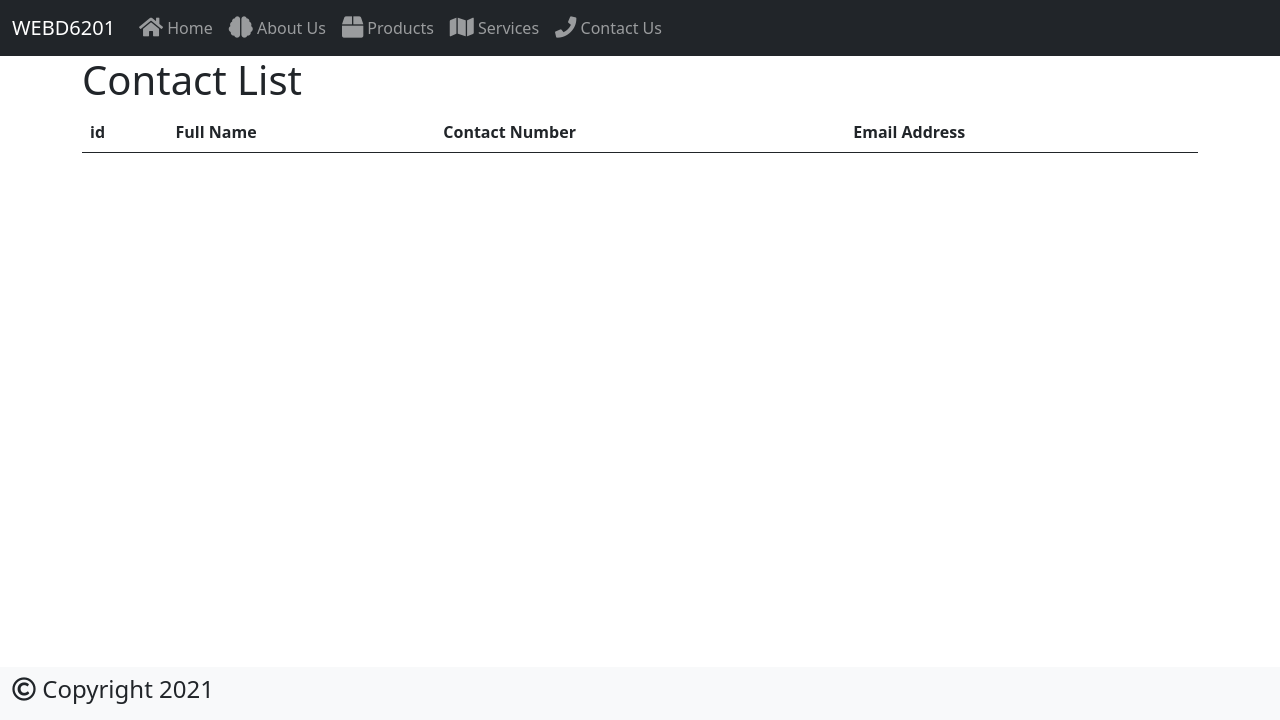
Repository: AshokSasi/WEBD6201-Week3
Page: contact-list.html
The author's editor kept a copy of each file at every save. The page is drawn from the files as they stood at one save, then again after the next save.
The browser window is 1280 px wide. The pictures show the whole page.

Above is the page before, as saved 2021-01-28 10:46:48.

### contact-list.html
<!DOCTYPE html>
<html lang="en">
<head>
    <meta charset="UTF-8">
    <meta name="viewport" content="width=device-width, initial-scale=1.0">
    <title>Contact-List</title>
    <!-- CSS Section-->
    <link rel="stylesheet" href="./Content/app.css">
    <link rel="stylesheet" href="./node_modules/bootstrap/dist/css/bootstrap.min.css">
    <link rel="stylesheet" href="./node_modules/@fortawesome/fontawesome-free/css/all.min.css">
</head>
<body>
  <!-- Main Header -->
    <header>
      <!--main navbar-->
        <nav class="navbar navbar-expand-lg navbar-dark bg-dark">
            <div class="container-fluid">
              <a class="navbar-brand" href="index.html">WEBD6201</a>
              <button class="navbar-toggler" type="button" data-bs-toggle="collapse" data-bs-target="#navbarSupportedContent" aria-controls="navbarSupportedContent" aria-expanded="false" aria-label="Toggle navigation">
                <span class="navbar-toggler-icon"></span>
              </button>
              <div class="collapse navbar-collapse" id="navbarSupportedContent">
                <ul class="navbar-nav me-auto mb-2 mb-lg-0">
                  <li class="nav-item">
                    <a class="nav-link" aria-current="page" href="index.html"><i class="fas fa-home fa-lg"></i> Home</a>
                  </li>
                  <li class="nav-item">
                    <a class="nav-link" aria-current="page" href="about.html"><i class="fas fa-brain fa-lg"></i> About Us</a>
                  </li>
                  <li class="nav-item">
                    <a class="nav-link" aria-current="page" href="products.html"><i class="fas fa-box fa-lg"></i> Products</a>
                  </li>
                  <li class="nav-item">
                    <a class="nav-link" aria-current="page" href="services.html"><i class="fas fa-map fa-lg"></i> Services</a>
                  </li>
                  <li class="nav-item">
                    <a class="nav-link" aria-current="page" href="contact.html"><i class="fas fa-phone fa-lg"></i> Contact Us</a>
                  </li>
                </ul>

              </div>
            </div>
          </nav>
    </header>

    <!-- Main Content-->
    <main class="container">
        <h1>Contact List</h1>

        <div class="row">
            <div class="col">
                <table class="table">
                    <thead>
                      <tr>
                        <th scope="col">id</th>
                        <th scope="col">Full Name</th>
                        <th scope="col">Contact Number</th>
                        <th scope="col">Email Address</th>
                      </tr>
                    </thead>
                    <tbody id=contactList>
                    </tbody>
                  </table>
            </div>
        </div>

    </main>

    <!--Main Footer Nav -->
    <footer>
        <nav class="navbar fixed-bottom navbar-light bg-light">
            <div class="container-fluid">
              <h4><i class="far fa-copyright"></i> Copyright 2021</h4>
            </div>
          </nav>
    </footer>

    <!--Javascript section-->
    <script src="./Scripts/contact.js"></script>
    <script src="./Scripts/app.js"></script>
    <script src="./node_modules/jquery/dist/jquery.min.js"></script>

    <script src="./node_modules/bootstrap/dist/js/bootstrap.bundle.min.js"></script>
</body>
</html>

### Scripts/contact.js
"use strict";
class Contact
{
    //getters and setters
    get FullName()
    {
      return this.m_fullName;
    }
    set FullName(value)
    {
      this.m_fullName = value;
    }
    //get/set contact number
    get ContactNumber()
    {
      return this.m_contactNumber;
    }
    set ContactNumber(value)
    {
      this.m_contactNumber = value;
    }
    //get/set email
    get EmailAddress()
    {
      return this.m_emailAddress;
    }
    set EmailAddress(value)
    {
      this.m_emailAddress = value;
    }

    //Constructor
    /**
     * Contact Class Constructor
     *
     * @param {string} [fullName=""] the user's full name
     * @param {string} [contactNumber=""] The user's contact number
     * @param {string} [emailAddress=""] The user's email address
     * @memberof Contact
     */
    constructor(fullName = "", contactNumber = "", emailAddress = "") {
      this.m_fullName = fullName;
      this.m_contactNumber = contactNumber;
      this.m_emailAddress = emailAddress;
    }

    //Methods

   /**
    *This method overrides the built in toString method for the Contact class
    *
    * @return {string}
    *
    */
   toString()
   {
     return `Full Name     : ${this.m_fullName} \nContact Number: ${this.m_contactNumber}\nEmail Address : ${this.m_emailAddress}`;
   }

   /**
    * This method returns a JSON object made up of the properties of the Contact class
    *
    * @returns {Object}
    */
   toJSON()
   {
     return {
       "fullName": this.fullName,
       "contactNumber": this.contactNumber,
       "emailAddress": this.emailAddress
     }
   }

   /**
    *This Method converts the Contact into a comma separated value string
    *
    * @return {string}
    *
    */
   serialize()
    {
      if(fullName.value!== "" && contactNumber.value !== "" && emailAddress.value !== "")
      {
      return `${this.m_fullName},${this.m_contactNumber},${this.m_emailAddress}`;
      }
      else
      {
        console.error("One or more properties of the Contact is empty");
        return null;
      }
    }

    /**
     *This method takes a comma separated data string and assigns the values to the Contact class properties
     *
     * @param {string} data
     * @returns {void}
     */
    deserialize(data)
    {
      let propertyArray = data.split(",");
      this.fullName = propertyArray[0];
      this.contactNumber = propertyArray[1];
      this.emailAddress = propertyArray[2];
    }

  }

### Scripts/app.js

//IIFE Immediately Function Expression
//AKA - Anonymous Self- Executing Function
//Closure - Limits scop leak

"use strict";

let myContact =
{
  "fullName":"Tom Smith",
  "contactNumber":"5647891234",
  "emailAddress":"tom@example.com",
  "saysHello": function()
  {
    console.log(`${fullName} says Hello!`);
  },
  "someOtherObject":
  {
    "friendsList" : [
      "Peter Parker", "Tony Stark", "Stephen Strange"
    ]
  }
};

(function()
{
    function displayHome()
    {
        let paragraphOneText =
          "This is a simple site to demonstrate DOM manipulation for ICE 1";

        let paragraphOneElement = document.getElementById("paragraphOne");

        paragraphOneElement.textContent = paragraphOneText;
        paragraphOneElement.className = "fs-5";

        // Step 1: document.createElement
        let newParagraph = document.createElement("p");
        // Step 2: Configure the element
        newParagraph.setAttribute("id", "paragraphTwo");
        newParagraph.textContent = "... And this is paragraph two";
        // Step 3: Select the parent element
        let mainContent = document.getElementsByTagName("main")[0];
        // Step4: Add/Insert the element
        mainContent.appendChild(newParagraph);

        newParagraph.className = "fs-6";

        //another way of injecting content
        let paragraphDiv = document.createElement("div");
        let paragraphThree = `<p id="paragraphThree" class="fs-7 fw-bold">And this is the third paragraph</p>`;
        paragraphDiv.innerHTML = paragraphThree;

        //example of inserting before a node.
        //  newParagraph.before(paragraphDiv)

        //example of inserting after a node.
        newParagraph.after(paragraphDiv);

        //delete elements
        //paragraphOneElement.remove();

        //example of remove child
        mainContent.removeChild(paragraphOneElement);

        //update / modification
        // mainContent.firstElementChild.textContent = "Welcome Home";

        mainContent.innerHTML = `<h1 id="firstHeading">Welcome to WEBD6201 - ICE 1</h1>
     <p id="paragraphOne" class="fs-3 fw-bold">This is my first paragraph</p>
     `;

    }

    function displayAbout()
    {

    }

    function displayProducts()
    {

    }

    function displayServices()
    {

    }

    function displayContact()
    {
        let messageArea = document.getElementById("messageArea");
        messageArea.hidden = true;

        //form validation
        let fullName = document.getElementById("fullName");
        fullName.addEventListener("blur", function(){

            if(fullName.value.length <= 2)
            {
                fullName.focus();
                fullName.select();
                messageArea.hidden = false;
                messageArea.className = "alert alert-danger";
                messageArea.textContent = "Full Name must be greater than 2 characters"
            }
            else
            {
                messageArea.removeAttribute("class");
                messageArea.hidden = true;
            }

        });

        let sendButton = document.getElementById("sendButton");
        sendButton.addEventListener("click", function(event){
           //event.preventDefault();



          let contact = new Contact(fullName.value, contactNumber.value, emailAddress.value);

          if(contact.serialize() !== null)
          {
            localStorage.setItem((localStorage.length + 1).toString(), contact.serialize());
          }


        });
    }

    function displayContactList()
    {

      if(localStorage.length > 0)
      {
        let contactList = document.getElementById("contactList");
        let data = "";

        for (let index = 0; index < localStorage.length; index++)
        {
          let contactData = localStorage.getItem((index+1).toString());


          let contact = new Contact();
          contact.deserialize(contactData);

          data += `<tr>
          <th scope="row">${index+1}</th>
          <td>${contact.fullName}</td>
          <td>${contact.contactNumber}</td>
          <td>${contact.emailAddress}</td>
        </tr>`
        }
        contactList.innerHTML = data

      }

    }

    function Start()
    {
        console.log("App started ...");
        console.log(document.title);
        switch (document.title)
        {
          case "Home":
              displayHome();
            break;
          case "About":
              displayAbout();
            break;
          case "Products":
              displayProducts();
            break;
          case "Services":
              displayServices();
            break;
          case "Contact Us":
              displayContact();
            break;
            case "Contact-List":
              displayContactList();
            break;
        }


    }
    window.addEventListener("load", Start);
})();

Loaded but not shown: node_modules/bootstrap/dist/css/bootstrap.min.css (library); node_modules/@fortawesome/fontawesome-free/css/all.min.css (library); node_modules/jquery/dist/jquery.min.js (library); node_modules/bootstrap/dist/js/bootstrap.bundle.min.js (library); Content/app.css (no stored copy; drawn as an empty file)

After the next save:
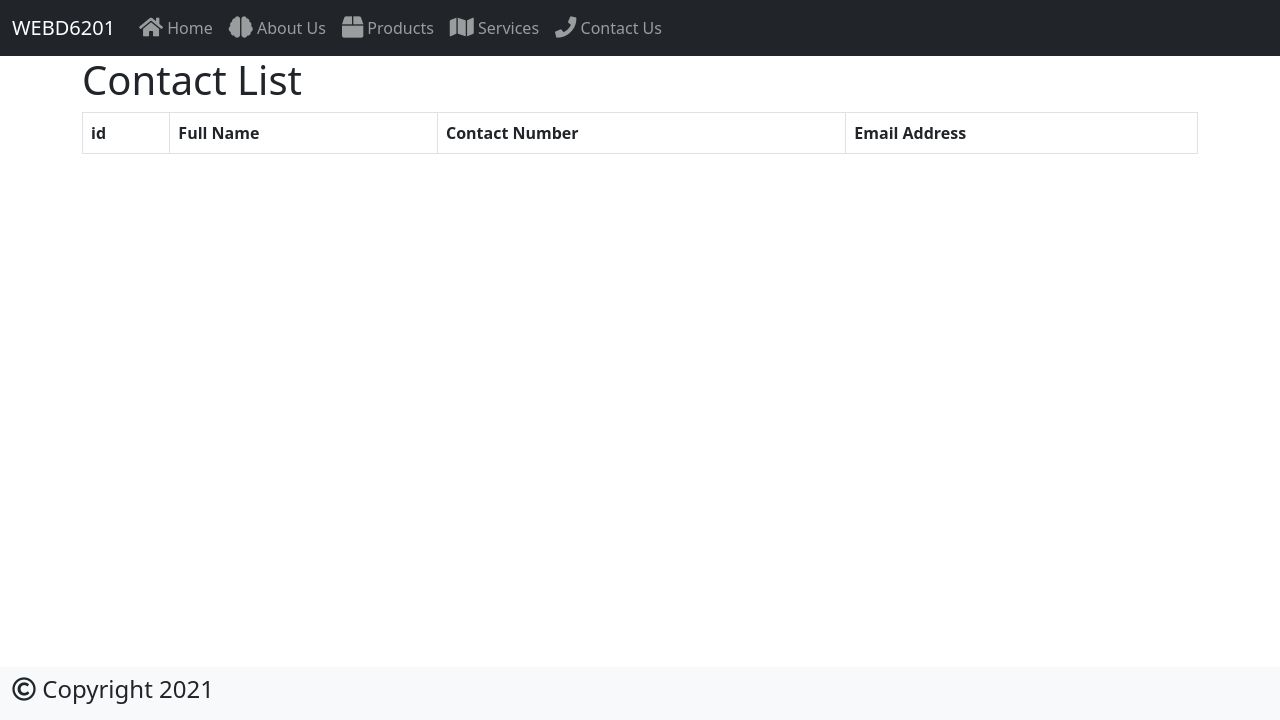
Saved 103 s later.
--- a/contact-list.html
+++ b/contact-list.html
@@ -49,7 +49,7 @@
 
         <div class="row">
             <div class="col">
-                <table class="table">
+                <table class="table table-striped table-bordered table-hover">
                     <thead>
                       <tr>
                         <th scope="col">id</th>
